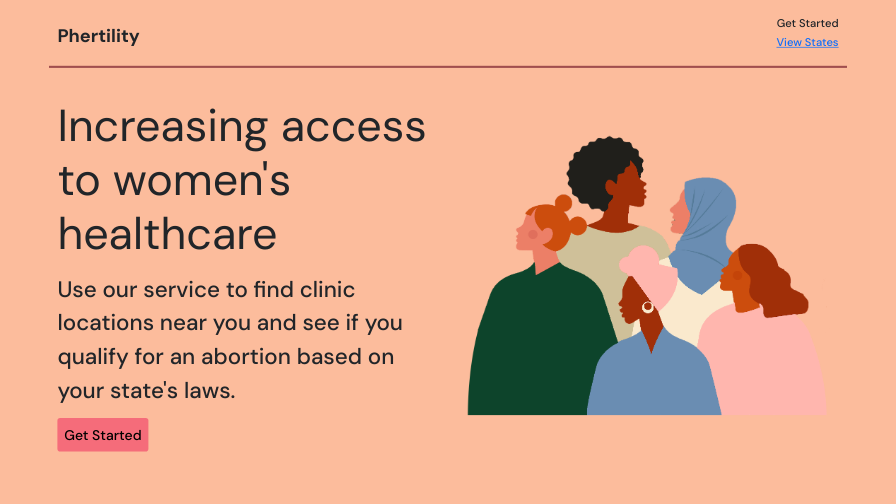
Repository: KaiDubauskas/phertility
Page: / (app in frontend/app/)
The author's editor kept a copy of each file at every save. The page is drawn from the files as they stood at one save, then again after the next save.
The browser window is 1280 px wide. The pictures show the part of the page from y = 0 to 1920 px (the page is 720 px tall before and 3233 px after), at 70% of full size.
The project was rebuilt for these pictures with package versions that can differ from the ones it lists, and the page was loaded fresh each time. Also part of the build but not shown: frontend/app/src/CurrentLocation.js, frontend/app/src/Map.js, frontend/app/src/components/database.js, frontend/app/src/states.css, frontend/app/src/components/states.js.

Above is the page before, as saved 2022-10-22 23:14:39.

### frontend/app/public/index.html
<!DOCTYPE html>
<html lang="en">
  <head>
    <meta charset="utf-8" />

    <meta name="viewport" content="width=device-width, initial-scale=1" />
    <meta name="theme-color" content="#000000" />
    <meta
      name="description"
      content="Web site created using create-react-app"
    />
    <!--
      manifest.json provides metadata used when your web app is installed on a
      user's mobile device or desktop. See https://developers.google.com/web/fundamentals/web-app-manifest/
          <link rel="icon" href="%PUBLIC_URL%/favicon.ico" />
            <link rel="manifest" href="%PUBLIC_URL%/manifest.json" />
    -->

    <!--
      Notice the use of %PUBLIC_URL% in the tags above.
      It will be replaced with the URL of the `public` folder during the build.
      Only files inside the `public` folder can be referenced from the HTML.

      Unlike "/favicon.ico" or "favicon.ico", "%PUBLIC_URL%/favicon.ico" will
      work correctly both with client-side routing and a non-root public URL.
      Learn how to configure a non-root public URL by running `npm run build`.
    -->
    <title>React App</title>
  </head>
  <body>
    <noscript>You need to enable JavaScript to run this app.</noscript>
    <div id="root"></div>
    <!--
      This HTML file is a template.
      If you open it directly in the browser, you will see an empty page.

      You can add webfonts, meta tags, or analytics to this file.
      The build step will place the bundled scripts into the <body> tag.

      To begin the development, run `npm start` or `yarn start`.
      To create a production bundle, use `npm run build` or `yarn build`.
    -->
  </body>
</html>

### frontend/app/src/index.js
import React from 'react';
import ReactDOM from 'react-dom/client';
import './index.css';
import App from './App';
import { BrowserRouter } from "react-router-dom";


const root = ReactDOM.createRoot(document.getElementById('root'));
root.render(
    // <React.StrictMode>
      <BrowserRouter>
        <App />
      </BrowserRouter>
    // </React.StrictMode>
);

### frontend/app/src/App.js
import './App.css';
import Map from './Map';
import { Routes, Route, Link, useRoutes } from 'react-router-dom';
import "bootstrap/dist/css/bootstrap.min.css";
import Homepage from "./components/homepage.js";
import Header from "./components/header.js";
import States from "./components/states.js"

function App() {
  return (
    <div className="App">
      <Header/>
      <Routes>
        <Route path="/" element={<Homepage/>}/>
        <Route path="/map" element={<Map/>}/>
        <Route path="/states" element={<States/>}/>
      </Routes>

    </div>
  );
}

export default App;

### frontend/app/src/App.css
@import url('https://fonts.googleapis.com/css2?family=DM+Sans:wght@400;500;700&display=swap');

* {
  background-color: #fcbc9c;
  font-family: 'DM Sans', sans-serif;
  font-weight: 500;
}

.App {
  height: 100vh;
  background-color: #fcbc9c;
}

.sticky-top {
  position: sticky;
  top: 0;
  z-index: 1020;
}

.brdr {
  border-bottom-style: solid;
  border-bottom-color: rgb(160, 78, 78);
}

.logo-title {
  font-size: 26px;
  font-weight: 700;
}

.jumbot {
  height: calc(100vh + -160px);
}

/* .mapWords{
  height: calc(100vh + -160px);
} */

.btnStart {
  background-color: #f56c7a;
  text-decoration: none;
  font-weight: 450;
  border: none;
  border-radius: 0.2em;
  font-size: 1.25em;
  width: 6.5em;
  height: 48px;
}

.btnStart:hover {
  background-color: #eb4e5d;
}

### frontend/app/src/components/homepage.js
import React, { useState, useEffect } from "react";
import { Routes, Route, Link, useRoutes } from 'react-router-dom';
import '../App.css';
import "bootstrap/dist/css/bootstrap.min.css";
import { WomenHomepage } from '../Images';
// import Map from "./map.js"


const Homepage = () => {
    return (
        <header class="container align-items-center float-xxl-none bg-">
            <div class="row flex-md-row-reverse bg- jumbot align-items-center">
                <div class="col-md-6 px-4">
                    <img src={WomenHomepage} alt="" class="w-100" />
                </div>
                <div class="col-md-6 mt-8 mt-md-0">
                    <h1 class="display-3 mb-3">
                        Increasing access to women's healthcare
                    </h1>
                    <p class="mb-8 fs-2">
                        Use our service to find clinic locations near you and see if you qualify for an abortion based on your state's laws.
                    </p>
                    <Link to={{
                        pathname: `/map`,

                    }}>
                        <button type="button" class="btnStart">Get Started</button>
                    </Link>
                </div>


            </div>

        </header>
    )
}

export default Homepage;

### frontend/app/src/components/header.js
import React, { useState, useEffect } from "react";
import { Routes, Route, Link, useRoutes } from 'react-router-dom';
import "bootstrap/dist/css/bootstrap.min.css";
import '../App.css';


const Header = () => {
    return (
        <nav class="sticky-top py-3 py-lg-7 bg-">
            <div class="d-block">
                <div class="container">
                    <div class="row align-items-center justify-content-between pt-2 pb-3 brdr">
                        <div class="col-5 logo-title">
                            Phertility
                        </div>
                        <div class="col-7 text-end">
                            <h6>Get Started</h6>
                            <Link to={{
                                pathname: `/states`,

                            }}>
                            <h6>View States</h6>
                            </Link>
                        </div>
                    </div>
                </div>
            </div>
        </nav>
    )
}

export default Header;

### frontend/app/src/Map.css
 *{
    background-color: transparent;
}
.mapContainer{
    height: calc(96vh + -130px);
    /* height: 80vh; */
    background-color: transparent;
    margin: 8px 0px 8px 0px;
}
.marker-image{
    text-align: center;
    display: flex;
    background-color: white;
	position: relative;
	cursor: pointer;
	perspective: 800px;
    z-index: 0;
}
.marker-image img {
    height: 55px;
    z-index: 0;
}
.marker-image:hover img {
    z-index: 0;
}
.theImg{
    z-index: 0;

}
.marker-image .details {
	width: 120px;
	height: auto;
	padding: 5px;
	position: fixed;
    align-items: center;
	content: "";
	top: 135px;
	left: 100%;
	transform: translate(-50%, -50%) rotateY(90deg);
	transform-origin: 50%;
	background: rgb(244, 176, 176);
	/* transition: all 0.4s ease-in; */
    z-index: 1;
}
.marker-image:hover .details {
    transform: translate(-50%);
	transform: translate(-50%, -50%) rotateY(0deg);
	opacity: 1;
    z-index: 1;
}

 /*.container{
    position: relative;
    background-color: white;
    padding-bottom: 100%;
    padding-top:0%;
    margin-top: 0%;
    background-color: white;
}
.block {
  position: absolute;
  background-color: #FFF0F5;
} */
/* .loc-name{
    font-size: 10px;
    font-weight: bold;
    font-family: 'Raleway', sans-serif;
    font-family: 'Ubuntu', sans-serif;
}
.loc-add{
    font-size: 10px;
    font-family: 'Raleway', sans-serif;
    font-family: 'Ubuntu', sans-serif;
} */

### frontend/app/src/Images/index.js
export const WomenHomepage = require('./womenpic.png');

Loaded but not shown: frontend/app/src/index.css (common file)

After the next save:
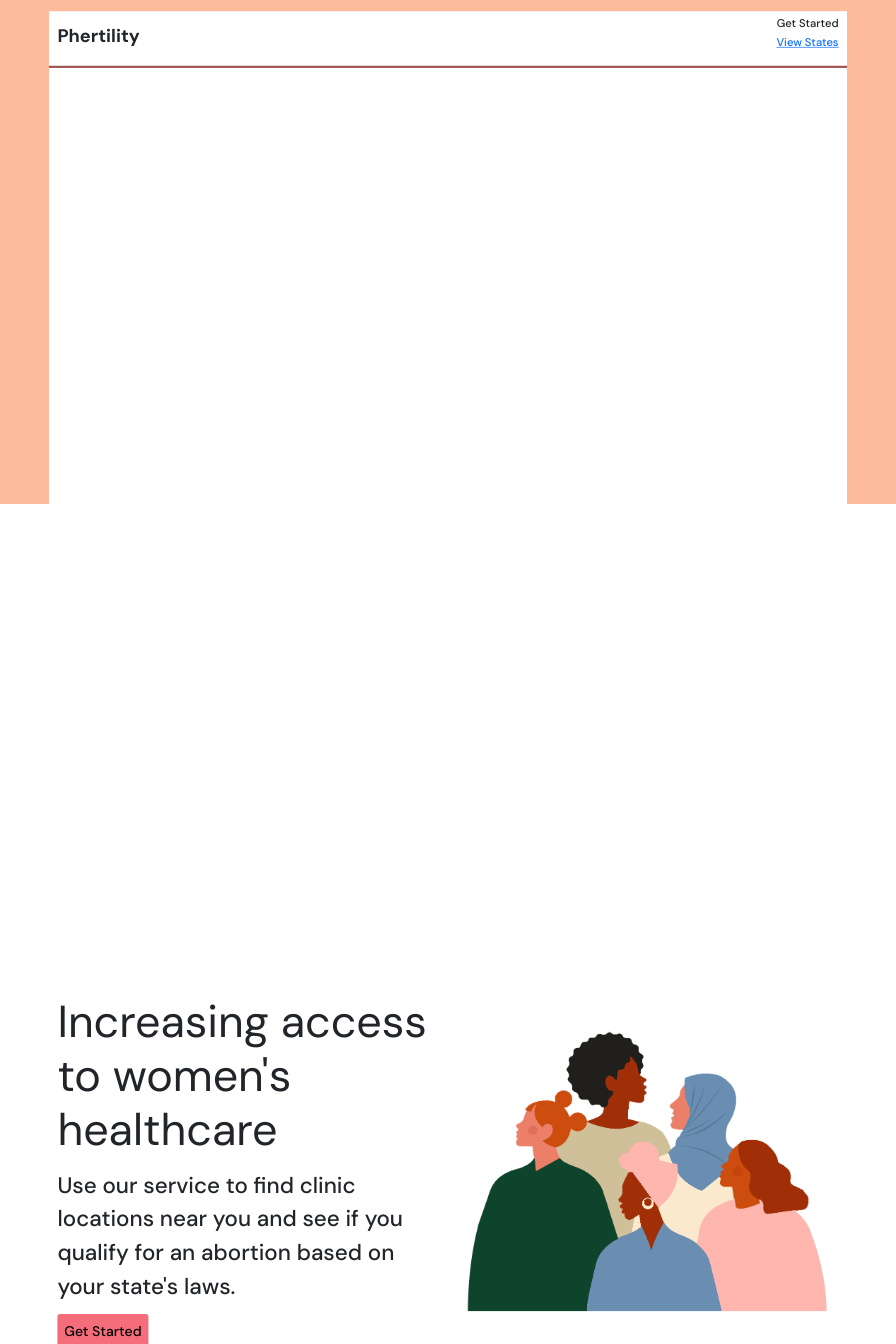
Saved 50 s later.
--- a/frontend/app/src/Map.css
+++ b/frontend/app/src/Map.css
@@ -49,7 +49,7 @@
     z-index: 1;
 }
 
- /*.container{
+.container{
     position: relative;
     background-color: white;
     padding-bottom: 100%;
@@ -60,7 +60,7 @@
 .block {
   position: absolute;
   background-color: #FFF0F5;
-} */
+}
 /* .loc-name{
     font-size: 10px;
     font-weight: bold;
